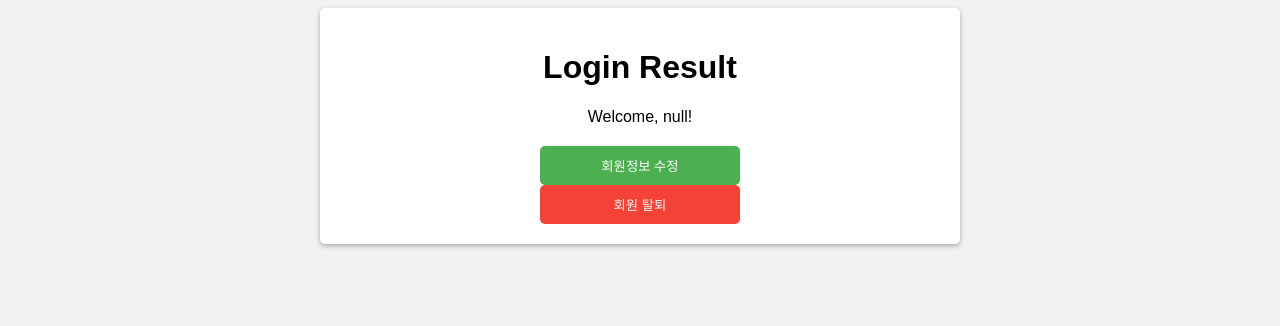
Repository: i-kemen/jsp
Page: http://localhost/WebTest/loginResult.jsp
These files come from the project's save history. The page is drawn as it stood at one moment and after the next save; the edit follows.
The browser window is 1280 px wide. The pictures show the whole page.
The page is served by Tomcat 10. Other server files are loaded and not shown.

Above is the page before, as saved 2023-06-27 04:17:24.

### WebTest/src/main/webapp/loginResult.jsp
<%@ page language="java" contentType="text/html; charset=UTF-8" pageEncoding="UTF-8" %>
<!DOCTYPE html>
<html>
<head>
    <meta charset="UTF-8">
    <title>Login Result</title>
    <style>
        body {
            font-family: Arial, sans-serif;
            background-color: #f2f2f2;
        }

        h1 {
            text-align: center;
        }

        .container {
            max-width: 600px;
            margin: 0 auto;
            padding: 20px;
            background-color: #fff;
            border-radius: 5px;
            box-shadow: 0 2px 5px rgba(0, 0, 0, 0.3);
        }

        .welcome-message {
            text-align: center;
            margin-bottom: 20px;
        }

        .btn-modify {
            display: block;
            width: 200px;
            margin: 0 auto;
            padding: 10px;
            background-color: #4CAF50;
            color: white;
            border: none;
            border-radius: 5px;
            text-align: center;
            text-decoration: none;
            cursor: pointer;
            transition: background-color 0.3s;
        }

        .btn-modify:hover {
            background-color: #45a049;
        }

        .btn-withdraw {
            display: block;
            width: 200px;
            margin: 0 auto;
            padding: 10px;
            background-color: #f44336;
            color: white;
            border: none;
            border-radius: 5px;
            text-align: center;
            text-decoration: none;
            cursor: pointer;
            transition: background-color 0.3s;
        }

        .btn-withdraw:hover {
            background-color: #d32f2f;
        }
    </style>
</head>
<body>
    <div class="container">
        <h1>Login Result</h1>
        <p class="welcome-message">Welcome, <%= session.getAttribute("id") %>!</p>
        <button class="btn-modify" onclick="goToModifyPage()">회원정보 수정</button>
        <button class="btn-withdraw" onclick="goToWithdrawPage()">회원 탈퇴</button>
    </div>

    <script>
        function goToModifyPage() {
            location.href = "modify.jsp";
        }

        function goToWithdrawPage() {
            location.href = "withdraw.jsp";
        }
    </script>
</body>
</html>

After the next save:
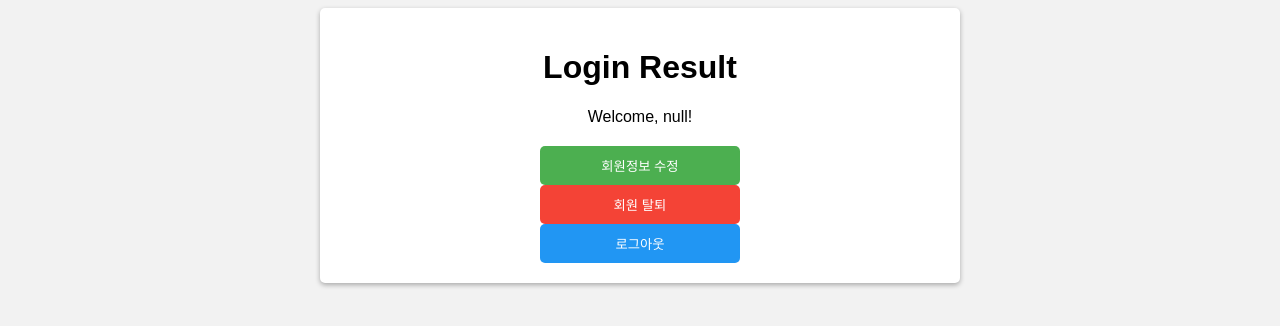
Saved 25 min 26 s later.
--- a/WebTest/src/main/webapp/loginResult.jsp
+++ b/WebTest/src/main/webapp/loginResult.jsp
@@ -65,6 +65,25 @@
         .btn-withdraw:hover {
             background-color: #d32f2f;
         }
+
+        .btn-logout {
+            display: block;
+            width: 200px;
+            margin: 0 auto;
+            padding: 10px;
+            background-color: #2196F3;
+            color: white;
+            border: none;
+            border-radius: 5px;
+            text-align: center;
+            text-decoration: none;
+            cursor: pointer;
+            transition: background-color 0.3s;
+        }
+
+        .btn-logout:hover {
+            background-color: #1976D2;
+        }
     </style>
 </head>
 <body>
@@ -73,6 +92,7 @@
         <p class="welcome-message">Welcome, <%= session.getAttribute("id") %>!</p>
         <button class="btn-modify" onclick="goToModifyPage()">회원정보 수정</button>
         <button class="btn-withdraw" onclick="goToWithdrawPage()">회원 탈퇴</button>
+        <button class="btn-logout" onclick="logout()">로그아웃</button>
     </div>
 
     <script>
@@ -83,6 +103,10 @@
         function goToWithdrawPage() {
             location.href = "withdraw.jsp";
         }
+
+        function logout() {
+            location.href = "logout.jsp";
+        }
     </script>
 </body>
 </html>
